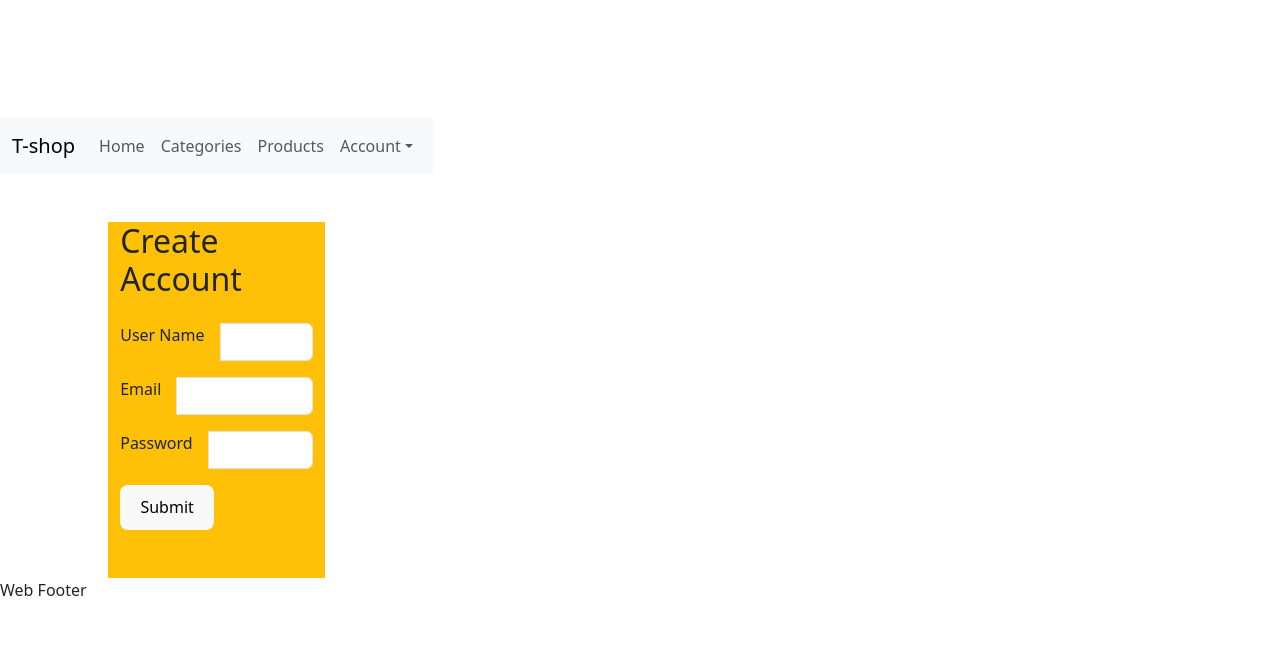
Repository: HadelAbdellatif/ecommerce1
Page: /register
An editor plug-in stored every save of this project. The page is shown before and after the next save, followed by the edit.
The browser window is 1280 px wide. The pictures show the whole page.
The project was rebuilt for these pictures with package versions that can differ from the ones it lists, and the page was loaded fresh each time. Also part of the build but not shown: vite.config.js, src/components/web/home/Home.jsx, src/components/web/categories/Categories.jsx, src/components/dashboard/navbar/Navbar.jsx, src/components/dashboard/footer/Footer.jsx, src/layouts/DashboardLayout.jsx, src/components/dashboard/home/Home.jsx, src/components/dashboard/categories/Categories.jsx.

Above is the page before, as saved 2023-11-25 15:08:53.

### src/main.jsx
import React from 'react'
import ReactDOM from 'react-dom/client'

import '../node_modules/bootstrap/dist/css/bootstrap.min.css'
import '../node_modules/bootstrap/dist/js/bootstrap.bundle.min.js'

import { ToastContainer } from 'react-toastify';
import 'react-toastify/dist/ReactToastify.css';

import App from './App.jsx'
import './index.css'

ReactDOM.createRoot(document.getElementById("root")).render(
  <App />
);

### src/App.jsx
import React from 'react'
import {router} from './layouts/Routes.jsx'
import axios from 'axios'
import { ToastContainer } from 'react-toastify';
import {createBrowserRouter, RouterProvider, } from "react-router-dom";



export default function App() {
  return (
    <RouterProvider router={router} />
  )
}

### src/layouts/Routes.jsx

import {createBrowserRouter, RouterProvider, } from "react-router-dom";

import Layout from "./Layout.jsx";
import Home from "./../components/web/home/Home.jsx";
import Categories from "./../components/web/categories/Categories.jsx";
import Register from "../components/web/register/Register.jsx";

import DashboardLayout from "../layouts/DashboardLayout.jsx";
import DashboardHome from "../components/dashboard/home/Home.jsx";
import DashboardCategories from "../components/dashboard/categories/Categories.jsx";


export const router = createBrowserRouter([
    {
      path: "/",
      element: <Layout />,
      children:[
        {
          path:'home',
          element: <Home />
        },
        {
          path:'categories',
          element: <Categories />
        },
        {
          path:'register',
          element: <Register />
        },
        {
          path:'*',
          element: <h2 className='fst-italic'>page not found --- web</h2>
        }
      ]
    },
    {
      path:"/dashboard",
      element: <DashboardLayout />,
      children:[
        {
          path:'home',
          element: <DashboardHome />
        },
        {
          path:'categories',
          element: <DashboardCategories />
        },
        {
          path:'*',
          element: <h2 className='fst-italic'>page not found --- dashboard</h2>
        }
      ]
    }

  ]);

### src/layouts/Layout.jsx
import React from 'react'
import Navbar from '../components/web/navbar/Navbar'
import Footer from '../components/web/footer/Footer'
import { Outlet } from 'react-router-dom'

export default function Layout() {
    return (
        <>
            <Navbar />
            <Outlet />
            <Footer />
        </>
    )
}

### src/components/web/register/Register.jsx
import React from 'react'
import Input from '../../shared/Input';
import { useFormik } from 'formik';
import { registerSchema } from '../Validate';

export default function Register() {

    const onSubmit = values => {
        console.log(values);
    }

    const initialValues = {
        userName: '',
        email: '',
        password: '',
    }

    const formik = useFormik({  //like backend
        initialValues
        ,
        onSubmit
        ,
        validationSchema: registerSchema
        /*  validate: values => {
              let errors = {};
              if (!values.userName) {
                  errors.userName = "user name is required";
              }
              if (!values.email) {
                  errors.email = "email is required";
              }
              if (!values.password) {
                  errors.password = "password is required";
              }

              return errors;
          }
          */
    });


    const inputs = [
        {
            id: 'username',
            type: 'text',
            name: 'userName',  //like backend
            title: 'User Name',
            value: formik.values.userName,  //like backend
        },
        {
            id: 'email',
            type: 'email',
            name: 'email', //like backend
            title: 'Email',
            value: formik.values.email, //like backend

        },
        {
            id: 'password',
            type: 'password',
            name: 'password', //like backend
            title: 'Password',
            value: formik.values.password, //like backend
        },
    ];


    const renderInputs = inputs.map((input, index) =>
        <Input
            type={input.type}
            id={input.id}
            name={input.name}
            title={input.title}
            value={input.value}
            onChange={formik.handleChange}
            errors={formik.errors}
            onBlur={formik.handleBlur}
            touched={formik.touched}
            key={index} />
    )


    return (
        <>
            <div className="container bg-warning w-50">
                <h2 className='mt-5'>Create Account</h2>
                <div className='w-100 d-flex '>

                    <form className='mb-5' onSubmit={formik.handleSubmit}>
                        {renderInputs}

                        <button type='submit' disabled={!formik.isValid}>Submit</button>
                    </form>
                </div>
            </div>
        </>
    )
}

### src/components/web/navbar/Navbar.jsx
import React from 'react'
import { Link } from 'react-router-dom'

export default function Navbar() {
  return (
    <>
      <nav className="navbar navbar-expand-lg bg-body-tertiary">
        <div className="container">
          <a className="navbar-brand" href="#">T-shop</a>
          <button className="navbar-toggler" type="button" data-bs-toggle="collapse" data-bs-target="#navbarSupportedContent" aria-controls="navbarSupportedContent" aria-expanded="false" aria-label="Toggle navigation">
            <span className="navbar-toggler-icon" />
          </button>
          <div className="collapse navbar-collapse" id="navbarSupportedContent">
            <ul className="navbar-nav m-auto mb-2 mb-lg-0">

              <li className="nav-item">
                <a className="nav-link" href="#">Home</a>
              </li>


              <li className="nav-item">
                <a className="nav-link" href="#">Categories</a>
              </li>


              <li className="nav-item">
                <a className="nav-link" href="#">Products</a>
              </li>


            </ul>
            <ul className="navbar-nav">
              <li className="nav-item dropdown">
                <a className="nav-link dropdown-toggle" href="#" role="button" data-bs-toggle="dropdown" aria-expanded="false">
                  Account
                </a>
                <ul className="dropdown-menu ">
                  <li><Link  to={"/register"} className="dropdown-item" href="#">register</Link></li>
                  <li><hr className="dropdown-divider" /></li>
                  <li><a className="dropdown-item" href="#">login</a></li>
                </ul>
              </li>
            </ul>

          </div>
        </div>
      </nav>

    </>
  )
}

### src/components/web/footer/Footer.jsx
import React from 'react'

export default function Footer() {
  return (
    <div>Web Footer</div>
  )
}

### src/components/shared/Input.jsx
import React from 'react'

export default function Input({ id, title, type = 'text', name, value, onChange, errors, onBlur, touched }) {
    return (
        <>
            <div className="input-group my-3">
                <label htmlFor={id} className='me-3'>{title}</label>
                <input type={type} name={name} className="form-control" id={id} value={value} onChange={onChange} onBlur={onBlur}/>
                {touched[name] && errors[name] && <p className='text text-danger'>{errors[name]}</p>}
            </div>
        </>
    )
}

### src/components/web/Validate.js
import * as yup from 'yup';

export const registerSchema = yup.object({
    userName: yup.string().required("username is required").min(3, "must be at least 3 char").max(30, "max is 30 char"),
    email: yup.string().required("email is required").email(),
    password: yup.string().required("password is required").min(3, "must be at least 3 char").max(30, "max is 30 char"),

})

Loaded but not shown: index.html (common file); src/index.css (common file)

After the next save:
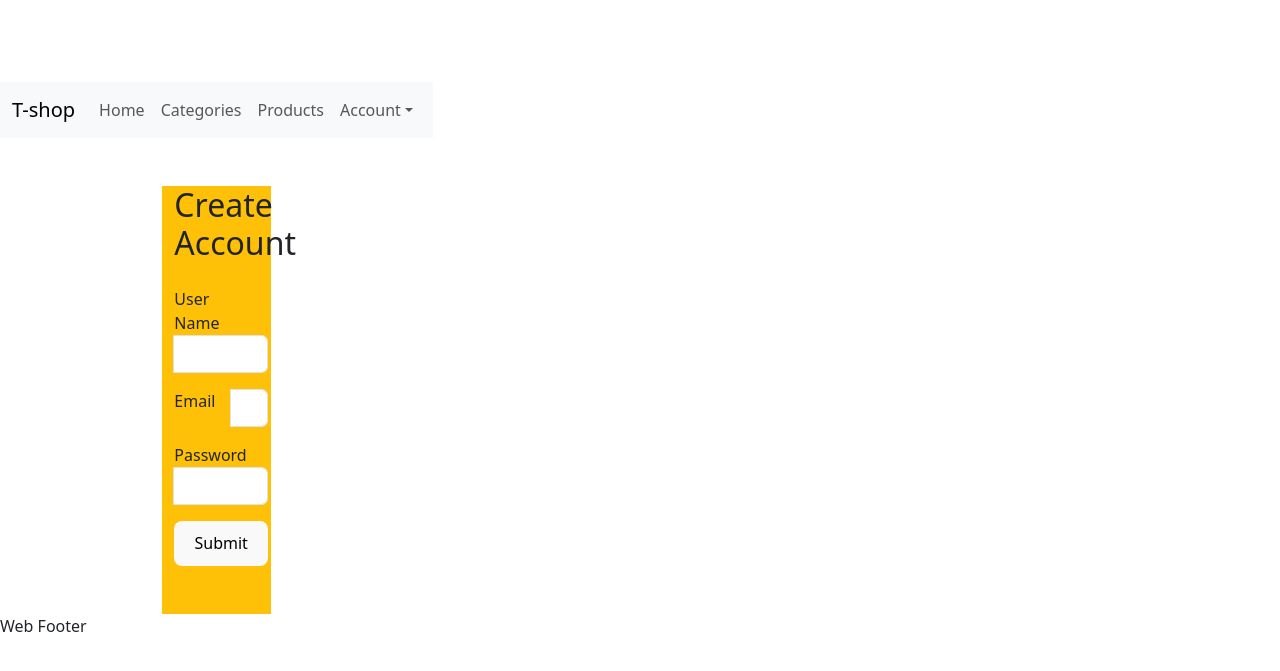
Saved 5 s later.
--- a/src/components/web/register/Register.jsx
+++ b/src/components/web/register/Register.jsx
@@ -82,7 +82,7 @@
 
     return (
         <>
-            <div className="container bg-warning w-50">
+            <div className="container bg-warning w-25">
                 <h2 className='mt-5'>Create Account</h2>
                 <div className='w-100 d-flex '>
 

After the save that followed:
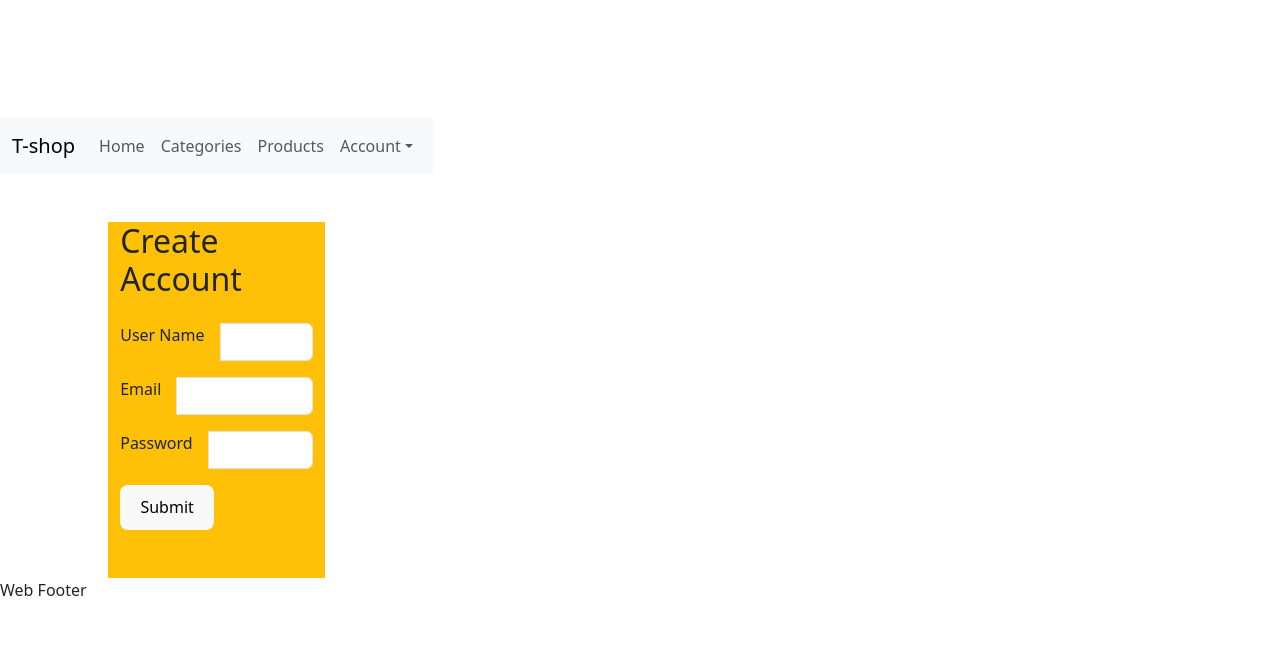
Saved 5 s later.
--- a/src/components/web/register/Register.jsx
+++ b/src/components/web/register/Register.jsx
@@ -82,7 +82,7 @@
 
     return (
         <>
-            <div className="container bg-warning w-25">
+            <div className="container bg-warning w-50">
                 <h2 className='mt-5'>Create Account</h2>
                 <div className='w-100 d-flex '>
 
